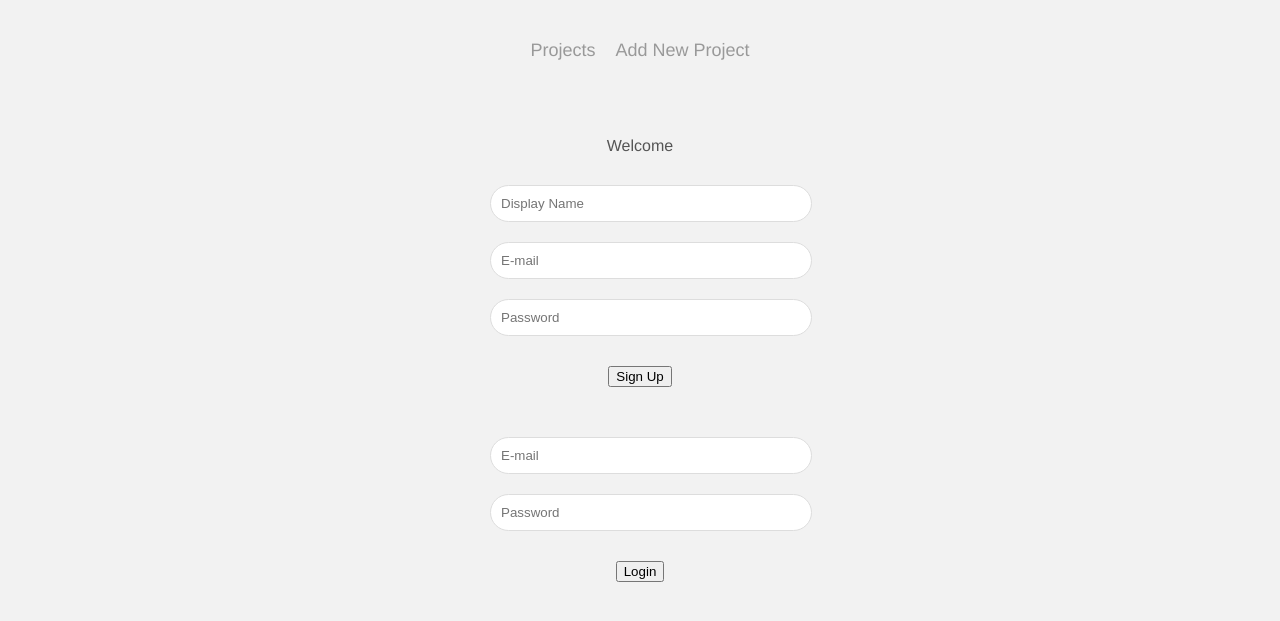
Repository: sercanisli/task-app
Page: /welcome
These files come from the project's save history. The page is drawn as it stood at one moment and after the next save; the edit follows.
The browser window is 1280 px wide. The pictures show the whole page.
The project was rebuilt for these pictures with package versions that can differ from the ones it lists, and the page was loaded fresh each time. Also part of the build but not shown: vue.config.js, src/components/SingleProject.vue, src/components/FilterNav.vue, src/views/Home.vue, src/assets/main.css. Imported but missing from the stored project, and not drawn on this page: src/views/AddProject.vue.

Above is the page before, as saved 2024-05-01 15:26:35.

### public/index.html
<!DOCTYPE html>
<html lang="">
  <head>
    <meta charset="utf-8">
    <meta http-equiv="X-UA-Compatible" content="IE=edge">
    <meta name="viewport" content="width=device-width,initial-scale=1.0">
    <link rel="icon" href="<%= BASE_URL %>favicon.ico">
    <title><%= htmlWebpackPlugin.options.title %></title>
    <link href="https://fonts.googleapis.com/icon?family=Material+Icons"
      rel="stylesheet">
  </head>
  <body>
    <noscript>
      <strong>We're sorry but <%= htmlWebpackPlugin.options.title %> doesn't work properly without JavaScript enabled. Please enable it to continue.</strong>
    </noscript>
    <div id="app"></div>
    <!-- built files will be auto injected -->
  </body>
</html>

### src/App.vue
<template>
  <div>
    <Navbar />
    <router-view/>
  </div>
</template>

<script>
import Navbar from "./components/Navbar.vue";
  export default {
    components:{
      Navbar
    }
  }
</script>

<style>
body{
  background: #f2f2f2;
}
#app {
  font-family: Avenir, Helvetica, Arial, sans-serif;
  -webkit-font-smoothing: antialiased;
  -moz-osx-font-smoothing: grayscale;
  max-width: 600px;
  margin: 0 auto;
  color: #555;
}
</style>

### src/router/index.js
import { createRouter, createWebHistory } from 'vue-router'
import Home from '../views/Home.vue'

const routes = [
  {
    path: '/',
    name: 'home',
    component: Home
  },
  {
    path: '/add',
    name: 'AddProject',
    component: () => import('../views/AddProject.vue')
  },
  {
    path: '/project/:id',
    name: 'EditProject',
    component: () => import('../views/EditProject.vue'),
    props:true
  },
  {
    path: '/welcome',
    name: 'Welcome',
    component: () => import('../views/Welcome.vue'),
  }
]

const router = createRouter({
  history: createWebHistory(process.env.BASE_URL),
  routes
})

export default router

### src/components/Navbar.vue
<template>
    <nav class="main-nav">
      <router-link :to="{ name: 'home' }">Projects</router-link>
      <router-link :to="{ name: 'AddProject' }">Add New Project</router-link>
    </nav>
  </template>

  <script>
  export default {};
  </script>

  <style>
  .main-nav {
    text-align: center;
    margin: 40px auto;
  }
  .main-nav a {
    display: inline-block;
    text-decoration: none;
    margin: 0 10px;
    color: #999;
    font-size: 18px;
  }
  a.router-link-active {
    border-bottom: 2px solid #76dd78;
    padding-bottom: 4px;
    color: #76dd78;
  }
  </style>

### src/views/Welcome.vue
<template>
  <div class="container welcome">
    <p>Welcome</p>
    <SignupForm />
    <LoginForm />
  </div>
</template>

<script>
import SignupForm from '../components/SignupForm.vue'
import LoginForm from '../components/LoginForm.vue'

export default {
  components:{
    SignupForm,
    LoginForm
  }
}
</script>

<style>
.welcome {
  text-align: center;
  padding: 20px 0;
}
.welcome form {
  width: 300px;
  margin: 20px auto;
}
.welcome label {
  display: block;
  margin: 20px 0 10px;
}
.welcome input {
  width: 100%;
  padding: 10px;
  border-radius: 20px;
  border: 1px solid #ddd;
  outline: none;
  color: #777;
  margin: 10px auto;
}
.welcome span {
  font-weight: bold;
  text-decoration: underline;
  cursor: pointer;
}
.welcome button {
  margin: 20px auto;
}
</style>

### src/components/SignupForm.vue
<template>
  <form @submit.prevent="handleSubmit">
    <input type="text" required placeholder="Display Name" v-model="displayName">
    <input type="email" required placeholder="E-mail" v-model="email">
    <input type="password" required placeholder="Password" v-model="password">
    <button>Sign Up</button>
  </form>
</template>

<script>
import {ref} from 'vue';

export default {
 setup() {
    const displayName = ref('')
    const email = ref('')
    const password = ref('')

    const handleSubmit = () =>{
        console.log(displayName.value, email.value, password.value);
    }

    return {displayName, email, password, handleSubmit};
 }
}
</script>

<style>

</style>

### src/components/LoginForm.vue
<template>
  <form @submit.prevent="handleLogin">
    <input type="email" required placeholder="E-mail" v-model="email">
    <input type="password" required placeholder="Password" v-model="password">
    <button>Login</button>
  </form>
</template>

<script>
import {ref} from 'vue';

export default {
 setup() {
    const email = ref('')
    const password = ref('')

    const handleLogin = () =>{
        console.log(email.value, password.value);
    }

    return {email, password, handleLogin};
 }
}
</script>

<style>

</style>

Loaded but not shown: src/main.js (common file)

After the next save:
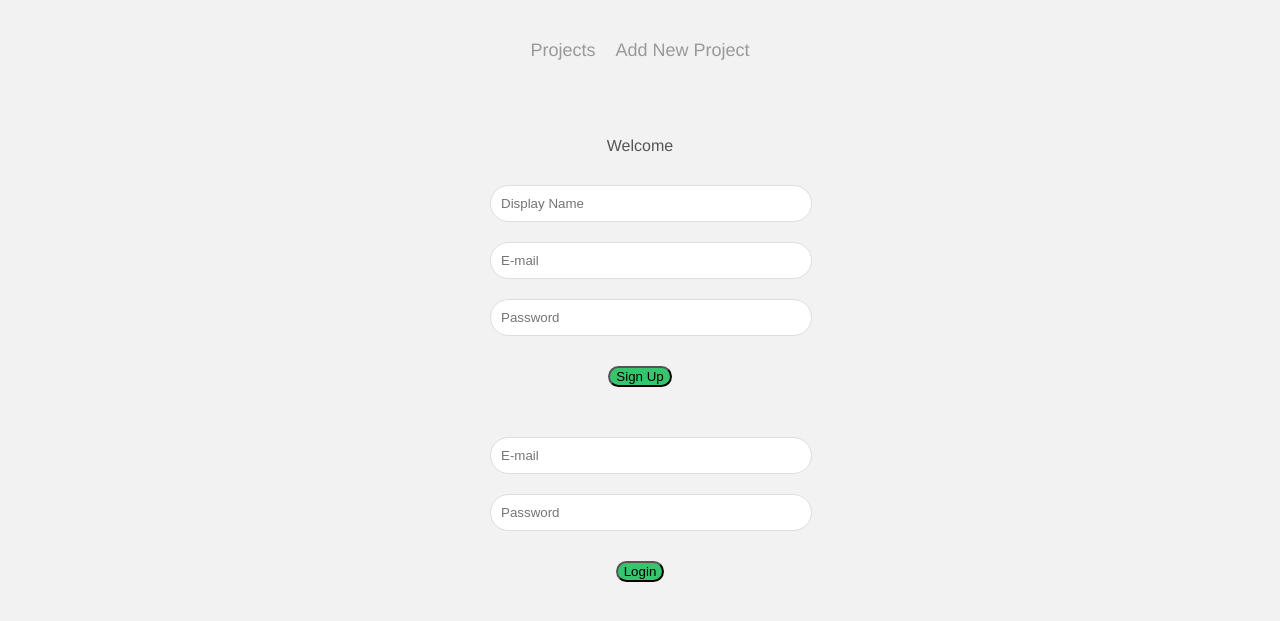
Saved 2 min 41 s later.
--- a/src/views/Welcome.vue
+++ b/src/views/Welcome.vue
@@ -47,5 +47,7 @@ export default {
 }
 .welcome button {
   margin: 20px auto;
+  background-color: rgb(54, 196, 108);
+  border-radius: 15px;
 }
 </style>
